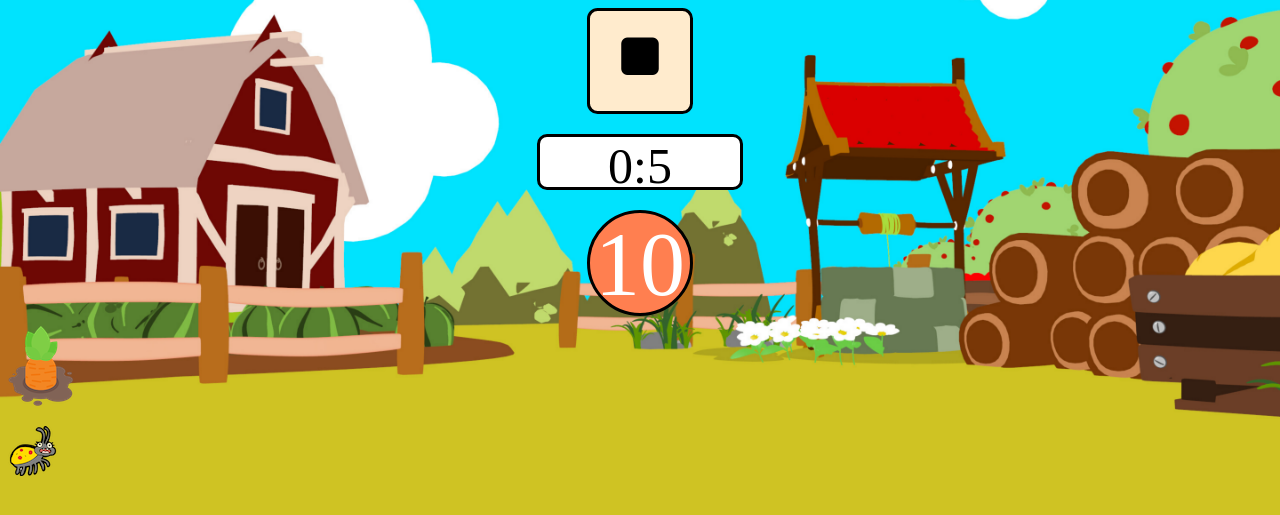
Repository: rumor1993/DreamCoding-Browser101
Page: Chapter07/index.html
An editor plug-in stored every save of this project. The page is shown before and after the next save, followed by the edit.
The browser window is 1280 px wide. The pictures show the whole page.
Some web libraries are served in a nearby version.

Above is the page before, as saved 2021-01-01 14:05:29.
Console error: TypeError: Cannot read properties of null (reading 'appendChild')

### Chapter07/index.html
<!DOCTYPE html>
<html lang="en">
  <head>
    <meta charset="UTF-8" />
    <meta name="viewport" content="width=device-width, initial-scale=1.0" />
    <title>Document</title>
    <link rel="stylesheet" href="index.css" />
    <script src="index.js"></script>
    <script src="https://kit.fontawesome.com/86c035f01d.js" crossorigin="anonymous"></script>
  </head>
  <body>
    <div class="stop">
      <i class="fas fa-stop"></i>
    </div>
    <div class="timer">
      <div class="time">0:5</div>
    </div>
    <div class="carrot-count">
      <div class="count">10</div>
    </div>

    <div class="carrot"></div>
    <div class="bug"></div>
  </body>
</html>

### Chapter07/index.css
body {
  background-repeat: no-repeat;
  background-size: cover;
  background-image: url("carrot/img/background.png");
}

.stop {
  position: relative;
  background-color: blanchedalmond;
  width: 100px;
  height: 100px;
  font-size: 50px;
  margin: auto;
  text-align: center;
  border: 3px solid black;
  border-radius: 10%;
}

.stop i {
  margin-top: 20%;
}

.timer {
  position: relative;
  width: 200px;
  height: 50px;
  margin: 20px auto;
  background-color: white;
  border: 3px solid black;
  border-radius: 10px;
}

.carrot-count {
  margin: 10px auto;
  background-color: coral;
  width: 100px;
  height: 100px;
  border-radius: 100%;
  border: 3px solid black;
}

.count {
  text-align: center;
  font-size: 90px;
  color: white;
}

.carrot {
  width: 100px;
  height: 100px;
  background-image: url("carrot/img/carrot.png");
  background-repeat: no-repeat;
}

.bug {
  width: 100px;
  height: 100px;
  background-image: url("carrot/img/bug.png");
  background-repeat: no-repeat;
}

.time {
  text-align: center;
  font-size: 50px;
}

### Chapter07/index.js
const body = document.querySelector("body");
const carrot = document.querySelector(".carrot");
const bug = document.querySelector(".bug");

let carrotCount = 10;

for (let i = 0; i < carrotCount; i++) {
  createCarrot();
  createBug();
}

function createCarrot() {
  const carrotObj = `<div class="carrot"></div>`;
  body.appendChild(carrotObj);
}

function createBug() {
  const bugObj = `<div class="bug"></div>`;
  body.appendChild(bugObj);
}

After the next save:
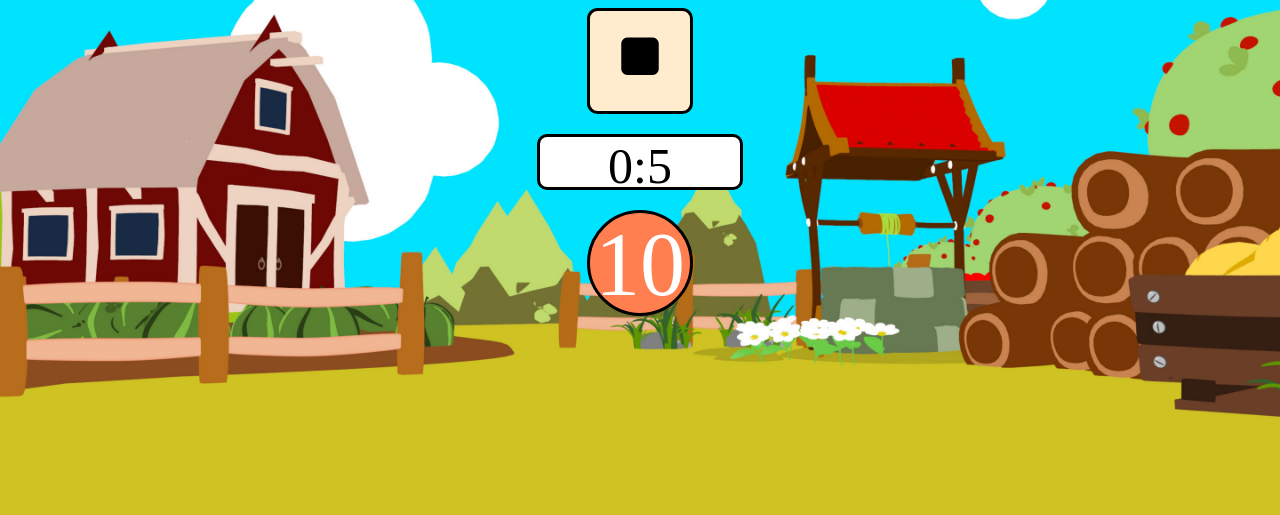
Saved 9 s later.
--- a/Chapter07/index.html
+++ b/Chapter07/index.html
@@ -18,8 +18,5 @@
     <div class="carrot-count">
       <div class="count">10</div>
     </div>
-
-    <div class="carrot"></div>
-    <div class="bug"></div>
   </body>
 </html>
